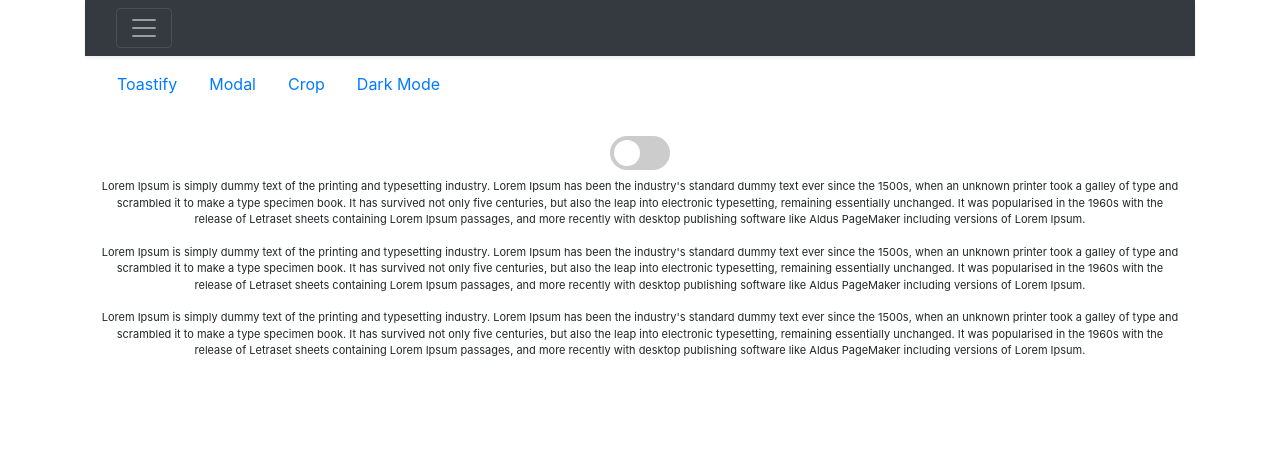
Repository: shankaraswal/react-multiple-ex
Page: /dark
These files come from the project's save history. The page is drawn as it stood at one moment and after the next save; the edit follows.
The browser window is 1280 px wide. The pictures show the whole page.
The project was rebuilt for these pictures with package versions that can differ from the ones it lists, and the page was loaded fresh each time. Also part of the build but not shown: src/components/Toastify/Toastify.js, src/components/ModalPop/ModalPop.js.

Above is the page before, as saved 2020-02-04 19:10:38.

After the next save:
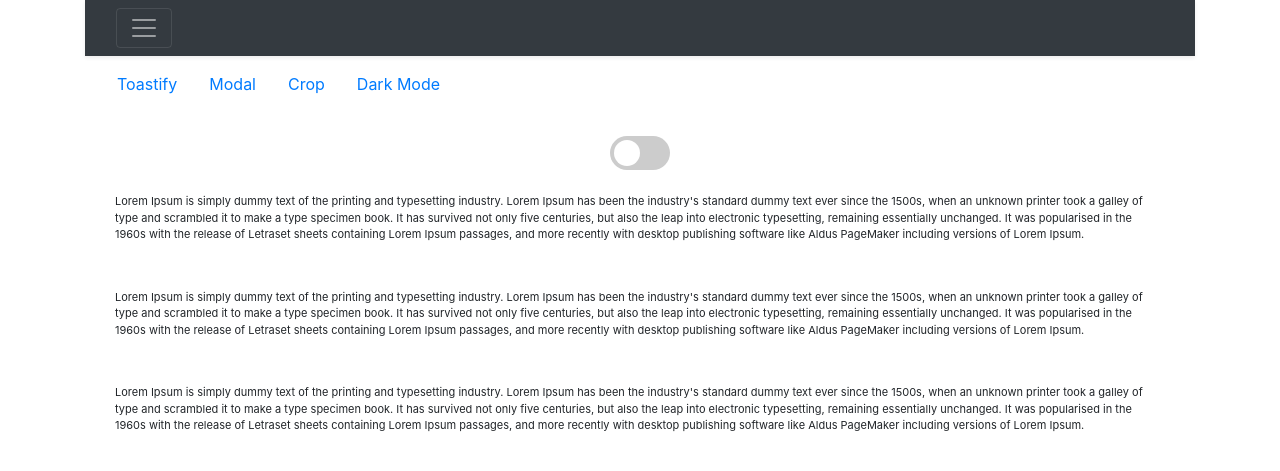
Saved 29 s later.
--- a/src/components/DarkMode/DarkMode.css
+++ b/src/components/DarkMode/DarkMode.css
@@ -62,7 +62,9 @@ input:checked+.slider:before {
 }
 
 .dark-mode p {
-  font-size: 11px
+  font-size: 11px;
+  text-align: left;
+  padding: 15px;
 }
 
 .dark-mode.on {
